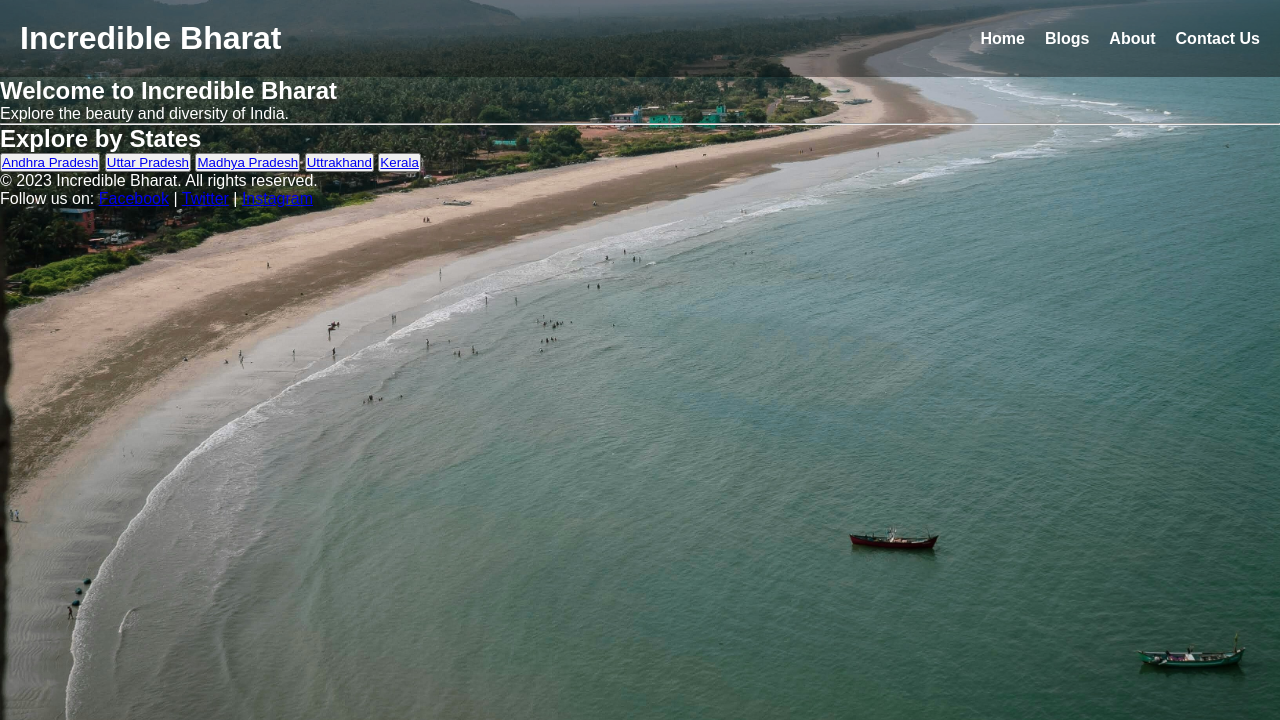
Repository: jaidhiman111/incrediblebharat
Page: index.html
An editor plug-in stored every save of this project. The page is shown before and after the next save, followed by the edit.
The browser window is 1280 px wide. The pictures show the whole page.

Above is the page before, as saved 2025-04-30 21:58:07.

### index.html
<!DOCTYPE html>
<html lang="en">
<head>
    <meta charset="UTF-8">
    <link rel="stylesheet" href="/assets/style.css">
    <meta name="viewport" content="width=device-width, initial-scale=1.0">
    <title>Document</title>
</head>
<body>
    <!-- This is the header of the page. -->
    <header class="header">
        <div class="logo">
            <h1>Incredible Bharat</h1>
        </div>
        <div class="nav">
            <nav>
                <ul>
                    <li>
                        <a href="#">Home</a>
                        <a href="#">Blogs</a>
                        <a href="#">About</a>
                        <a href="#">Contact Us</a>
                    </li>
                </ul>
            </nav>
        </div>
    </header>
    <!-- This is the main content of the page. -->
     <main class="main-container">
        <section class="hero-section">
            <h2>Welcome to Incredible Bharat</h2>
            <p>Explore the beauty and diversity of India.</p>
        </section>
        <hr>
        <section class="state-section">
            <h2>Explore by States</h2>
            <button type="button"><a href="#">Andhra Pradesh</a></button>
            <button type="button"><a href="#">Uttar Pradesh</a></button>
            <button type="button"><a href="#">Madhya Pradesh</a></button>
            <button type="button"><a href="#">Uttrakhand</a></button>
            <button type="button"><a href="#">Kerala</a></button>
        </section>
     </main>
     <!-- This is the footer of the page. -->
      <footer class="footer">
        <div>
            <p>&copy; 2023 Incredible Bharat. All rights reserved.</p>
            <p>Follow us on:
                <a href="#">Facebook</a> |
                <a href="#">Twitter</a> |
                <a href="#">Instagram</a>
        </div>
      </footer>
</body>
</html>

### assets/style.css
* {
    box-sizing: border-box;
    margin: 0;
    padding: 0;
}

body {
    font-family: Arial, sans-serif;
    background-image: url('/media/bg-cover.jpg');
    background-size: cover;
    background-repeat: no-repeat;
    background-position: center;
    color: #fff;
}

/* This is for header */
.header {
    background-color: rgba(0, 0, 0, 0.4);
    display: flex;
    justify-content: space-between;
    align-items: center;
    padding: 20px;
    position: sticky;
    text-align: center;
}

li {
    list-style: none;
    display: flex;
    gap: 20px;
}

li a {
    text-decoration: none;
    color: #fff;
    font-weight: bold;
}

a:hover {
    color: #ff6347;
}

/* This is for section */
hero-section {
    display: flex;
    justify-content: center;
    align-items: center;
    height: 100vh;
    text-align: center;
}

After the next save:
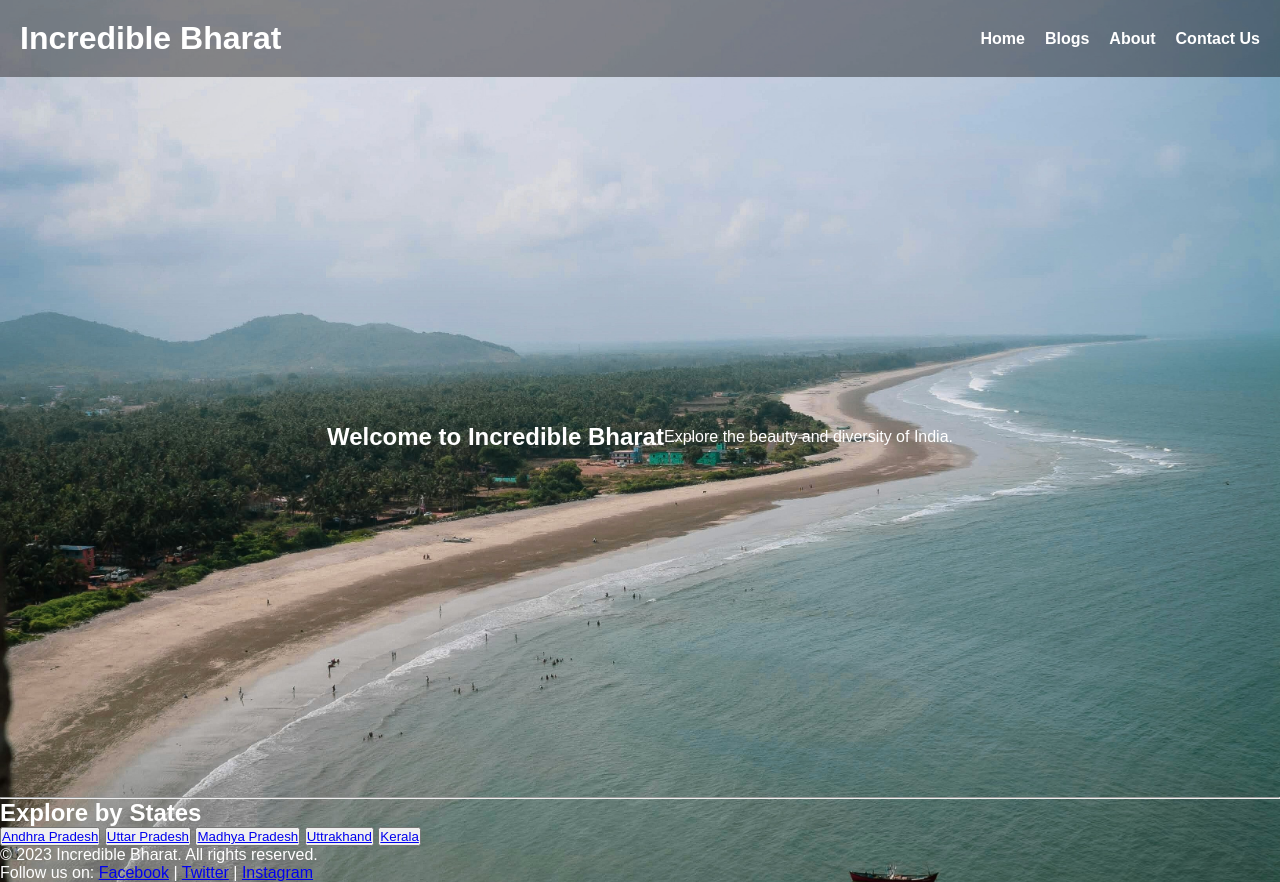
Saved 26 s later.
--- a/assets/style.css
+++ b/assets/style.css
@@ -41,7 +41,7 @@ a:hover {
 }
 
 /* This is for section */
-hero-section {
+.hero-section {
     display: flex;
     justify-content: center;
     align-items: center;
